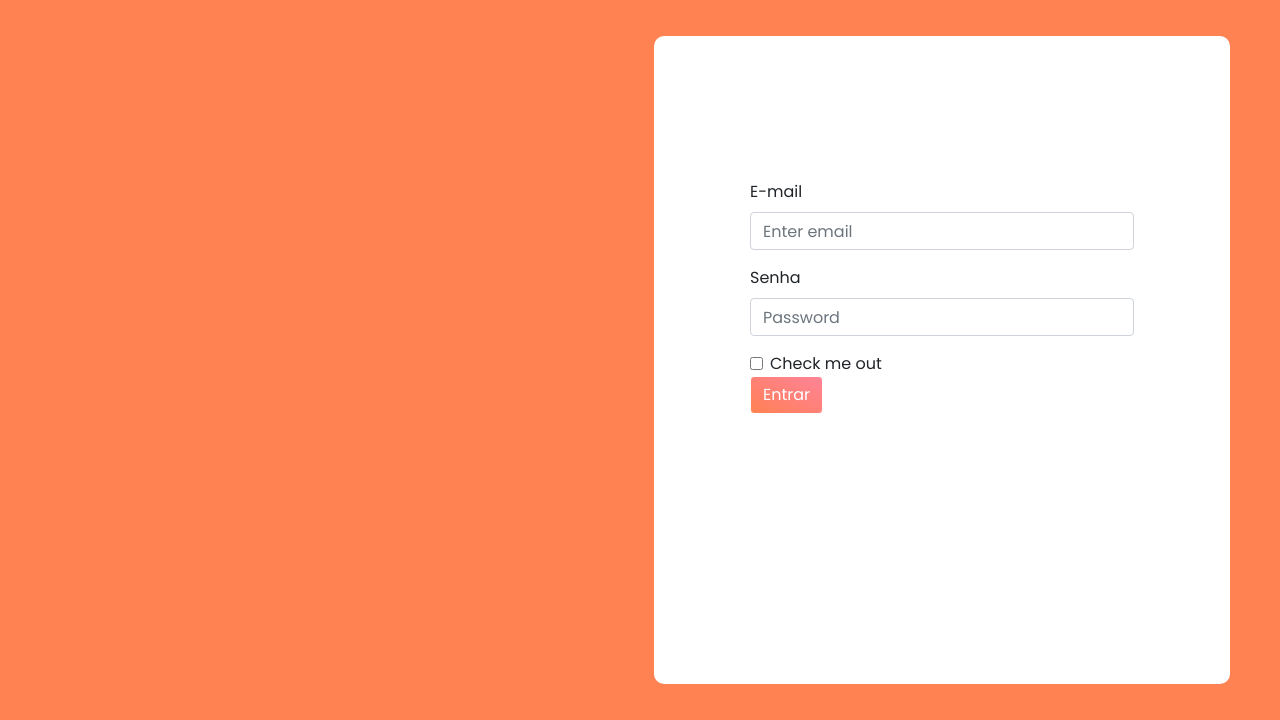
Repository: MilenaMelo/WebSite-PetCheers
Page: /login
The author's editor kept a copy of each file at every save. The page is drawn from the files as they stood at one save, then again after the next save.
The browser window is 1280 px wide. The pictures show the whole page.
The project was rebuilt for these pictures with package versions that can differ from the ones it lists, and the page was loaded fresh each time.

Above is the page before, as saved 2020-08-20 16:08:29.

### src/main.js
import Vue from 'vue'
import App from './App.vue'
import router from './router'
import FirebaseVue from './firebase'
import './assets/scss/app.scss'

Vue.use(FirebaseVue)
Vue.config.productionTip = false

new Vue({
  router,
  render: h => h(App)
}).$mount('#app')

### src/App.vue
<template>
  <div id="app">
    <!-- <base-spinner/> -->
    <router-view/>
  </div>
</template>

<script>
// import BaseSpinner from './components/global/BaseSpinner'

// export default {
//   components: {
//     BaseSpinner
//   },
//   mounted () {
//     console.log(this.$firebase)
//   }
// }
</script>

<style lang="scss">
</style>

### src/router/index.js
import Vue from 'vue'
import VueRouter from 'vue-router'

Vue.use(VueRouter)

const routes = [
  {
    path: '/',
    name: 'home',
    component: () => import(/* webpackChunkName: "home" */ '../pages/home/Home')
  },
  {
    path: '/login',
    name: 'login',
    // route level code-splitting
    // this generates a separate chunk (login.[hash].js) for this route
    // which is lazy-loaded when the route is visited.
    component: () => import(/* webpackChunkName: "login" */ '../pages/login/Login')
  }
]

const router = new VueRouter({
  mode: 'history',
  base: process.env.BASE_URL,
  routes
})

export default router

### src/firebase/index.js
// eslint-disable-next-line no-unused-vars
import firebase from 'firebase/app'
import 'firebase/auth'
import 'firebase/storage'
import 'firebase/database'

export const firebaseApp = firebase.initializeApp({
  apiKey: process.env.VUE_APP_API_KEY,
  authDomain: process.env.VUE_APP_AUTH_DOMAIN,
  databaseURL: process.env.VUE_APP_DATABASE_URL,
  projectId: process.env.VUE_APP_PROJECT_ID,
  storageBucket: process.env.VUE_APP_STORAGE_BUCKET,
  messagingSenderId: process.env.VUE_APP_MESSAGING_SENDER_ID,
  appId: process.env.VUE_APP_APP_ID,
  measurementId: process.env.VUE_APP_MEASUREMENT_ID
})

export default function install (Vue) {
  Object.defineProperty(Vue.prototype, '$firebase', {
    get () {
      return firebaseApp
    }
  })
}

### src/assets/scss/app.scss
@import url('https://fonts.googleapis.com/css?family=Poppins');
@import '../../../node_modules/bootstrap/dist/css/bootstrap.css';
@import '../../../node_modules/@fortawesome/fontawesome-free/css/all.css';
@import '_variables';

* {
  font-family: 'Avenir', 'Poppins', sans-serif;
}

### src/pages/login/Login.vue
<template>
  <div class="login">
    <div class="login-left">
    </div>
    <div class="login-right">
      <form class="form-login">
        <div class="form-group">
          <label for="exampleInputEmail1">E-mail</label>
          <input
            type="email"
            class="form-control"
            id="exampleInputEmail1"
            aria-describedby="emailHelp"
            placeholder="Enter email"
          />
          <small
            id="emailHelp"
            class="form-text text-muted"/>
        </div>
        <div class="form-group">
          <label for="exampleInputPassword1">Senha</label>
          <input
            type="password"
            class="form-control"
            id="exampleInputPassword1"
            placeholder="Password"
          />
        </div>
        <div class="form-check">
          <input type="checkbox" class="form-check-input" id="exampleCheck1" />
          <label class="form-check-label" for="exampleCheck1">Check me out</label>
        </div>
        <button type="submit" class="btn btn-primary">Entrar</button>
      </form>
    </div>
  </div>
</template>

<script>
export default {}
</script>

<style lang="scss" scoped>
.login {
  display: flex;
  justify-content: space-between;
  align-items: center;
  height: 100vh;
  background-color: var(--orange);
  padding-right: 50px;
  padding-left: 50px;
}
.login-right {
  display: flex;
  justify-content: center;
  align-items: center;
  background-color: #ffffff;
  width: 45vw;
  height: 90vh;
  border-radius: 10px;
  .btn-primary {
    background-image: linear-gradient(to right top, #ff8352, #ff8165, #ff8177, #ff8287, #ff8597);
    border-color: #ffffff;
    background-color: var(--orange);
  }
}
.form-login {
  width: 30vw;
  height: 50vh;
}
</style>

### src/assets/scss/_variables.scss
$orange: #FF8352 !important;
$pink: #FF8597 !important;
$salmon: #C17D75 !important;
$brown: #8D6E63 !important;
$green: #558B2F !important;
$grey: #EDE9D0 !important;

:root {
    --orange: #{$orange};
    --pink: #{$pink};
    --salmon: #{$salmon};
    --brown: #{$brown};
    --green: #{$green};
    --grey: #{$grey};
  }

Loaded but not shown: public/index.html (common file)

After the next save:
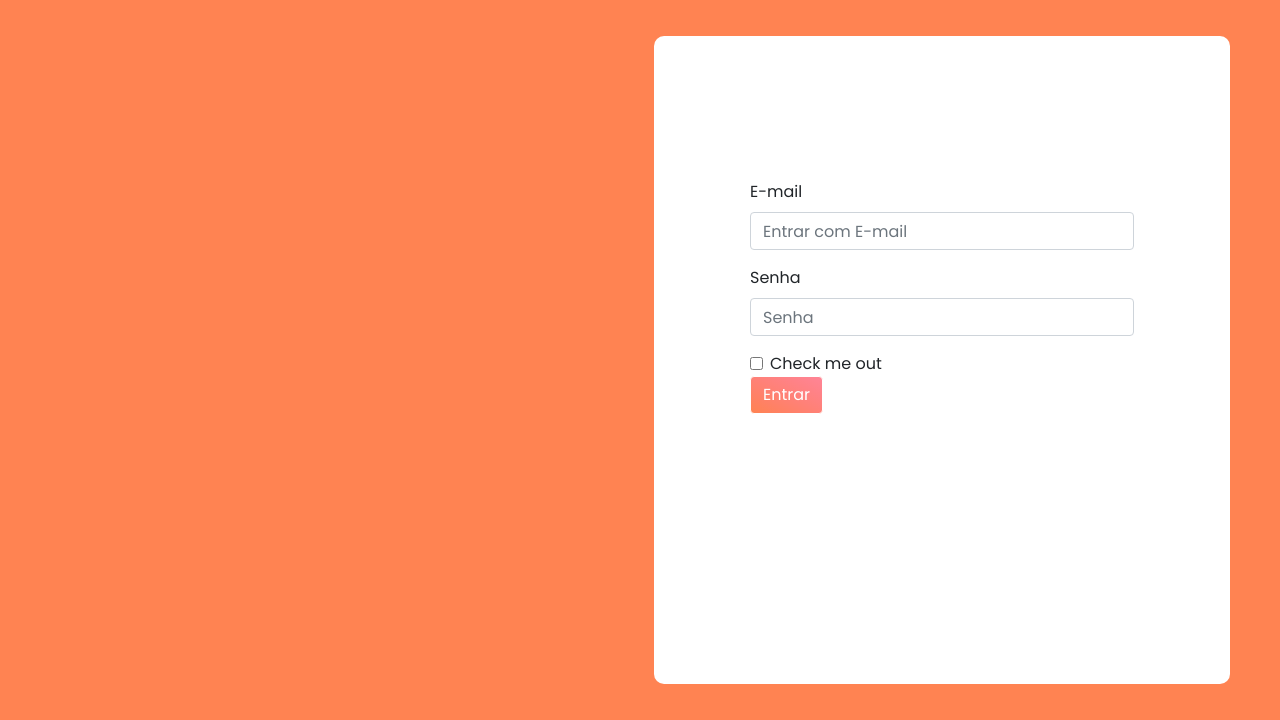
Saved 59 s later.
--- a/src/pages/login/Login.vue
+++ b/src/pages/login/Login.vue
@@ -11,7 +11,7 @@
             class="form-control"
             id="exampleInputEmail1"
             aria-describedby="emailHelp"
-            placeholder="Enter email"
+            placeholder="Entrar com E-mail"
           />
           <small
             id="emailHelp"
@@ -23,7 +23,7 @@
             type="password"
             class="form-control"
             id="exampleInputPassword1"
-            placeholder="Password"
+            placeholder="Senha"
           />
         </div>
         <div class="form-check">
